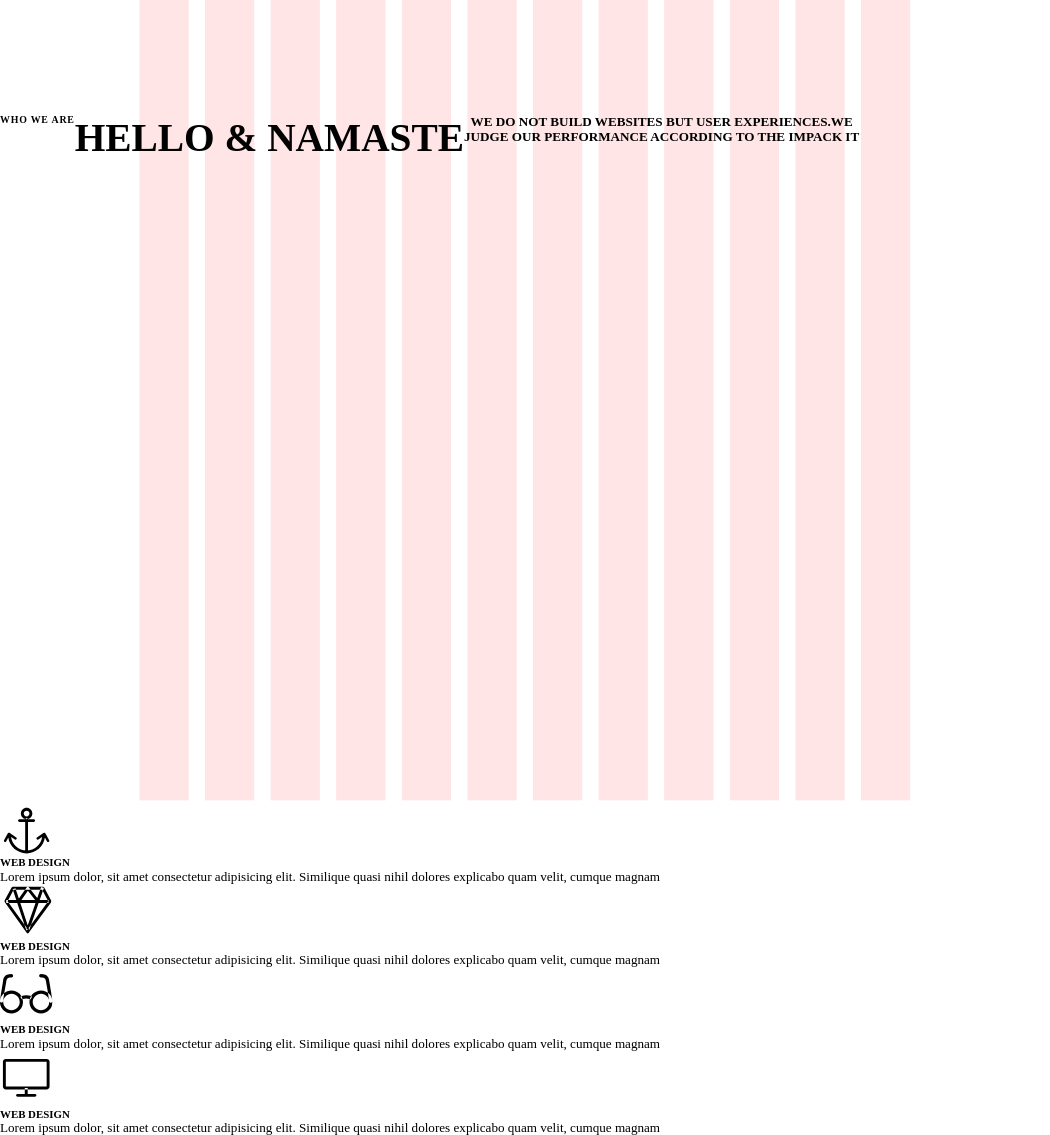
Repository: shpakovskaya/github.io
Page: boxsizing/namastegreen/index.html
The author's editor kept a copy of each file at every save. The page is drawn from the files as they stood at one save, then again after the next save.
The browser window is 1280 px wide. The pictures show the whole page, at 82% of full size.

Above is the page before, as saved 2021-11-20 19:08:38.

After the next save:
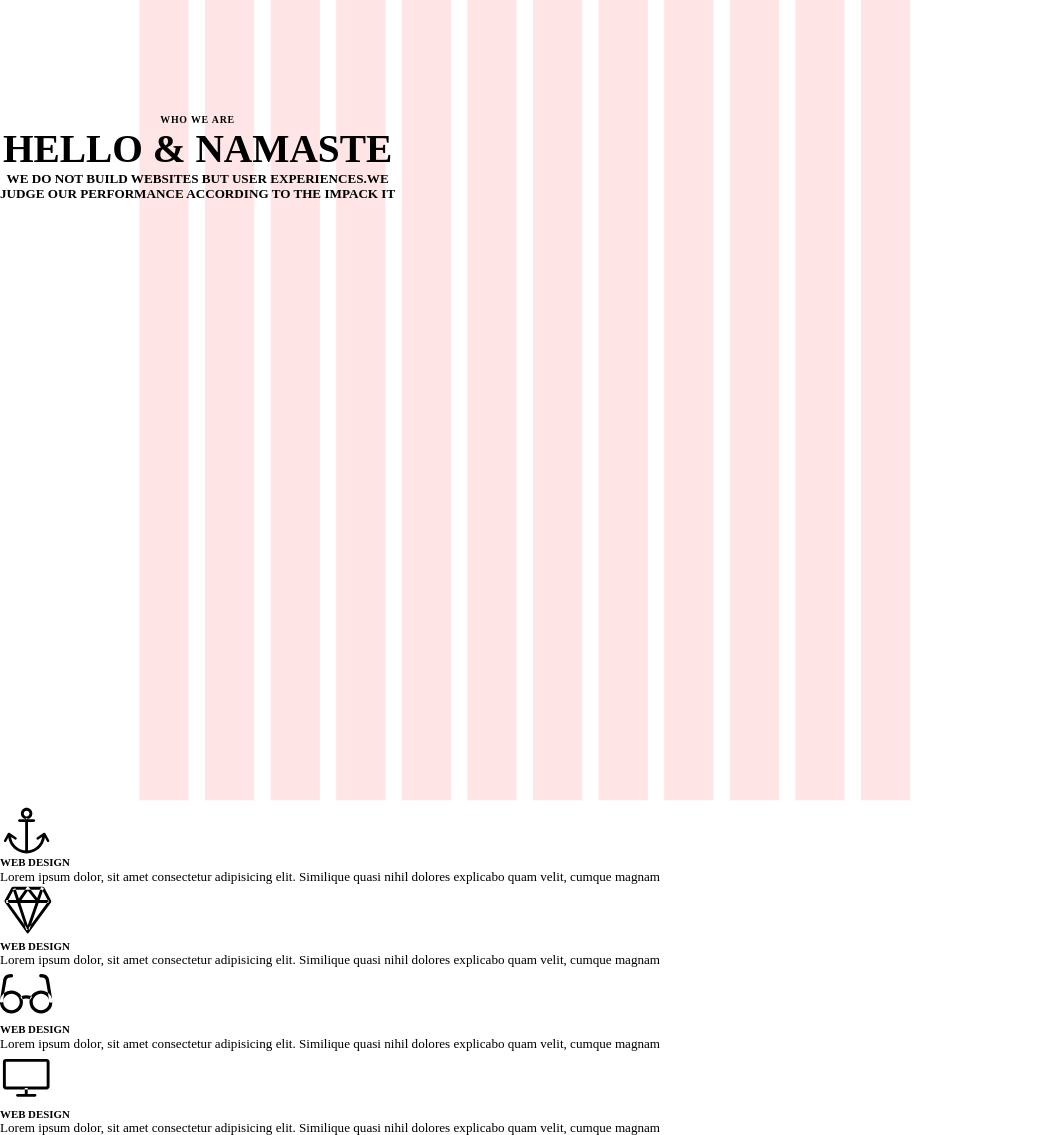
Saved 20 s later.
--- a/boxsizing/namastegreen/style.css
+++ b/boxsizing/namastegreen/style.css
@@ -19,8 +19,7 @@
 .header__wrapper {
   margin-top: 140px;
   text-align: center;
-  display: flex;
-  justify-content: center;
+  display: block;
 }
 .e-header__one {
   font-size: 12px;

After the 3 saves that followed:
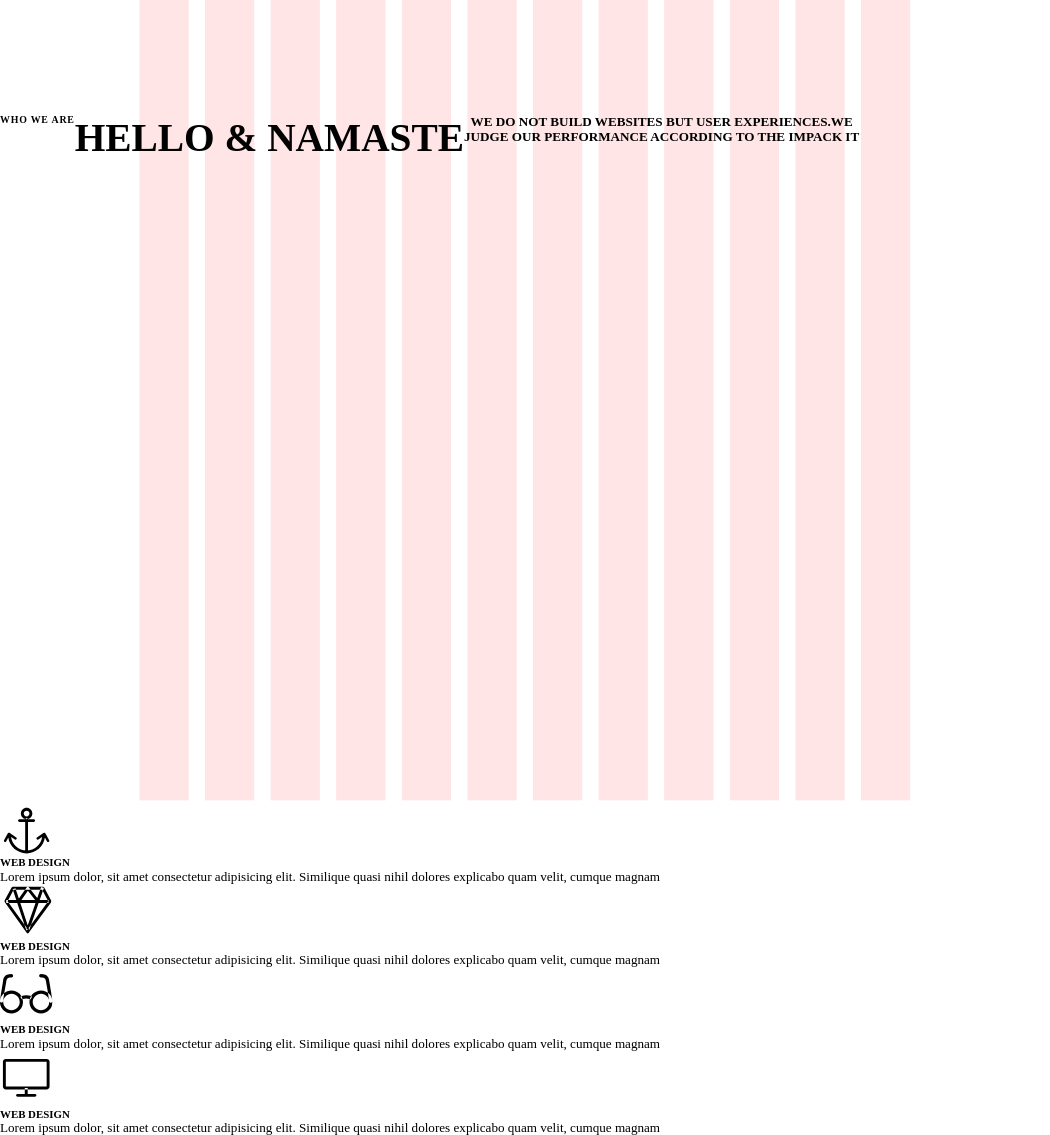
The 3 saves are shown as one change because 2 left the picture as it was.
The last was saved 7 min 7 s later.
--- a/boxsizing/namastegreen/style.css
+++ b/boxsizing/namastegreen/style.css
@@ -19,7 +19,8 @@
 .header__wrapper {
   margin-top: 140px;
   text-align: center;
-  display: block;
+  display: flex;
+  justify-content: center;
 }
 .e-header__one {
   font-size: 12px;
